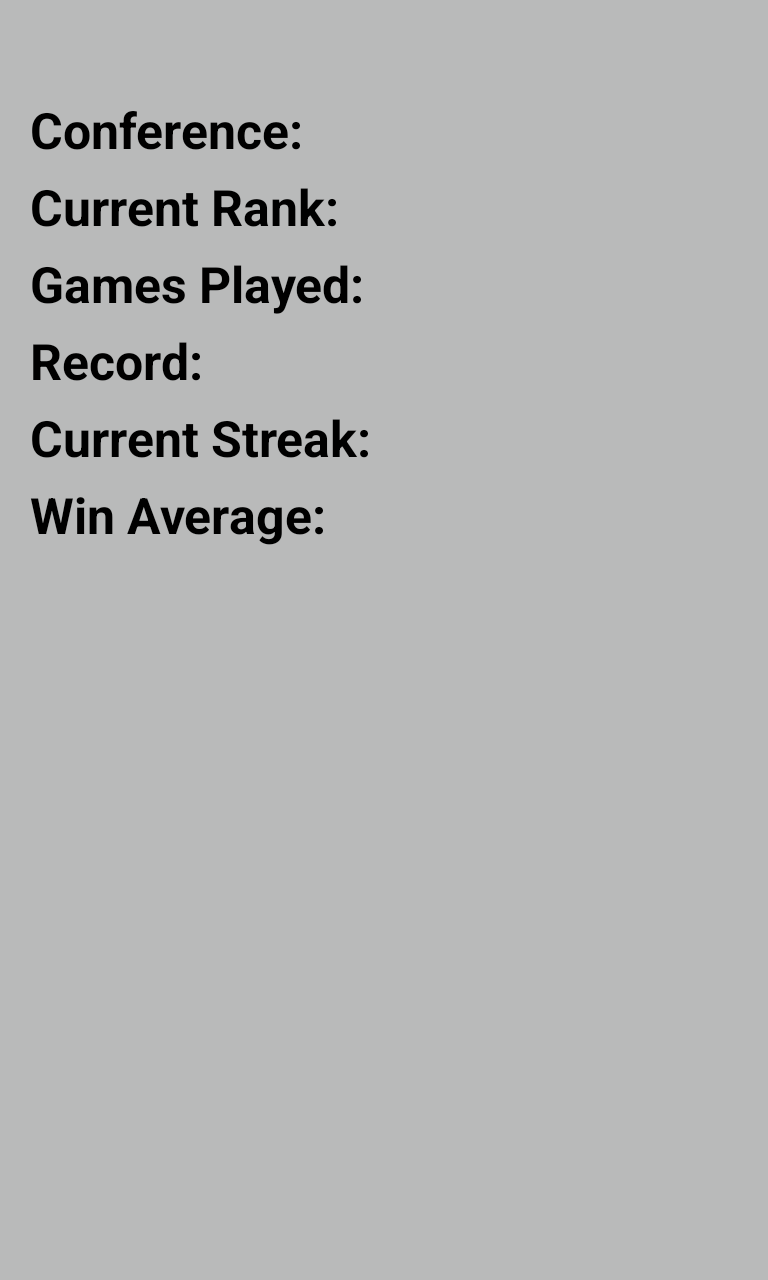
Repository: jemcphe/java2
Layout: teamG.M./TeamGM/res/layout/display.xml
The author's editor kept a copy of each file at every save. The layout is drawn from the files as they stood at one save, then again after the next save.
It is drawn on a 768 x 1280 px phone screen (xhdpi) without system bars, with theme Theme.Sherlock; the app's code is not run.

Above is the layout before, as saved 2013-06-26 22:39:54.

### teamG.M./TeamGM/res/layout/display.xml
<?xml version="1.0" encoding="utf-8"?>
<LinearLayout xmlns:android="http://schemas.android.com/apk/res/android"
    android:layout_width="match_parent"
    android:layout_height="match_parent"
    android:background="#b9baba"
    android:orientation="vertical" >

    <TextView
        android:id="@+id/teamNameData"
        style="@style/TeamName"
        android:layout_width="fill_parent"
        android:layout_height="48dp"
        android:layout_gravity="center_vertical"
        android:paddingLeft="10dp" />

    <GridLayout
        android:id="@+id/teamGrid"
        android:layout_width="match_parent"
        android:layout_height="wrap_content"
        android:columnCount="2" >

        <TextView
            style="@style/Column1"
            android:layout_width="wrap_content"
            android:layout_height="wrap_content"
            android:text="Conference:" />

        <TextView
            android:id="@+id/conferenceData"
            style="@style/Column2"
            android:layout_width="wrap_content"
            android:layout_height="wrap_content" />

        <TextView
            style="@style/Column1"
            android:layout_width="wrap_content"
            android:layout_height="wrap_content"
            android:text="Current Rank:" />

        <TextView
            android:id="@+id/rankData"
            style="@style/Column2"
            android:layout_width="wrap_content"
            android:layout_height="wrap_content" />

        <TextView
            style="@style/Column1"
            android:layout_width="wrap_content"
            android:layout_height="wrap_content"
            android:text="Games Played:" />

        <TextView
            android:id="@+id/gamesPlayedData"
            style="@style/Column2"
            android:layout_width="wrap_content"
            android:layout_height="wrap_content" />

        <TextView
            style="@style/Column1"
            android:layout_width="wrap_content"
            android:layout_height="wrap_content"
            android:text="Record:" />

        <TextView
            android:id="@+id/recordData"
            style="@style/Column2"
            android:layout_width="wrap_content"
            android:layout_height="wrap_content" />

        <TextView
            style="@style/Column1"
            android:layout_width="wrap_content"
            android:layout_height="wrap_content"
            android:text="Current Streak:" />

        <TextView
            android:id="@+id/streakData"
            style="@style/Column2"
            android:layout_width="wrap_content"
            android:layout_height="wrap_content" />

        <TextView
            style="@style/Column1"
            android:layout_width="wrap_content"
            android:layout_height="wrap_content"
            android:text="Win Average:" />

        <TextView
            android:id="@+id/averageData"
            style="@style/Column2"
            android:layout_width="wrap_content"
            android:layout_height="wrap_content" />
    </GridLayout>

</LinearLayout>

### teamG.M./TeamGM/res/values/styles.xml
<!-- <?xml version="1.0" encoding="utf-8"?> -->
<resources xmlns:android="http://schemas.android.com/apk/res/android">

    <style name="AppTheme" parent="android:Theme.Holo" />

    <style name="TeamName">
        <item name="android:textStyle">bold</item>
        <item name="android:textColor">#137cb2</item>
        <item name="android:textSize">35sp</item>
    </style>

    <style name="Column1">
        <item name="android:textStyle">bold</item>
        <item name="android:textSize">25sp</item>
        <item name="android:typeface">sans</item>
        <item name="android:paddingLeft">15dip</item>
        <item name="android:paddingBottom">5dip</item>
    </style>

    <style name="Column2">
        <item name="android:textStyle">normal</item>
        <item name="android:textSize">22sp</item>
        <item name="android:typeface">sans</item>
        <item name="android:paddingLeft">15dip</item>
    </style>

</resources>

After the next save:
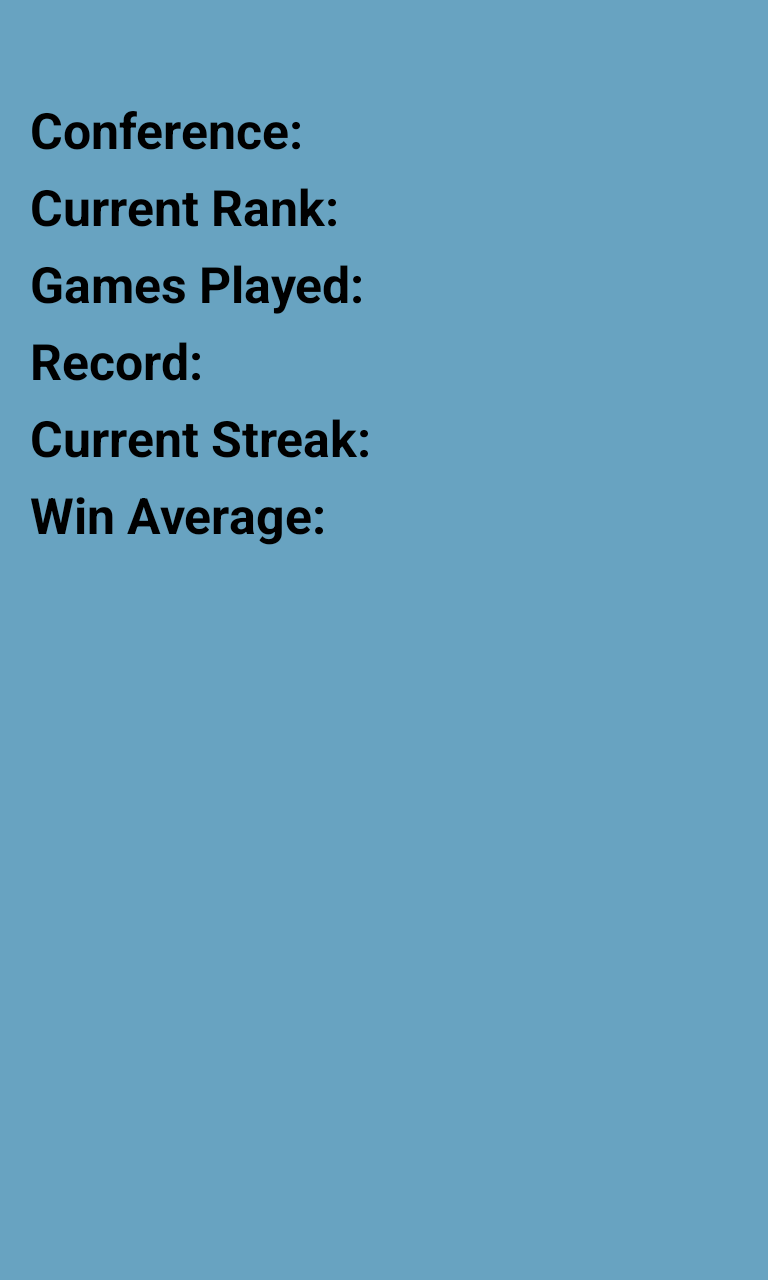
Saved 2 min 33 s later.
--- a/teamG.M./TeamGM/res/layout/display.xml
+++ b/teamG.M./TeamGM/res/layout/display.xml
@@ -2,7 +2,7 @@
 <LinearLayout xmlns:android="http://schemas.android.com/apk/res/android"
     android:layout_width="match_parent"
     android:layout_height="match_parent"
-    android:background="#b9baba"
+    android:background="#68a3c1"
     android:orientation="vertical" >
 
     <TextView
